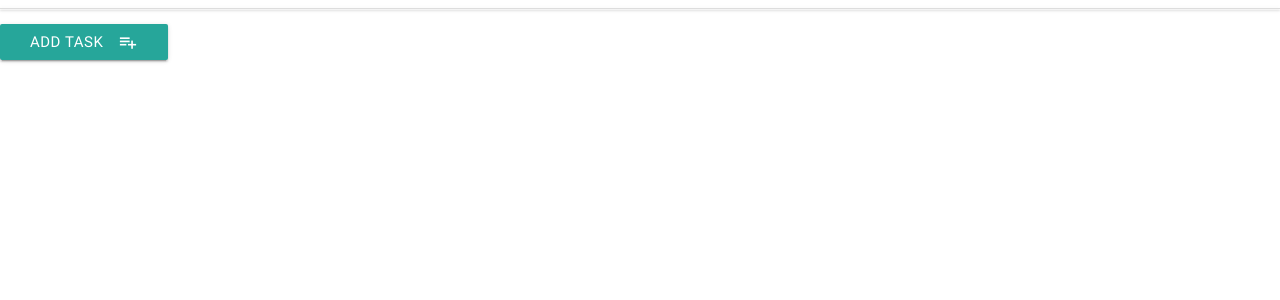
Repository: Robertpokane/task_manager
Page: http://localhost/
The author's editor kept a record of every edit. The page is drawn from the files as they stood at one moment, then again after the next edit.
The browser window is 1280 px wide. The pictures show the whole page.
Some web libraries are served in a nearby version. The page is served by the project's application, run on Flask 3 (app.py). Queries for data that is not in the repository find no rows.

Above is the page before.
Console error: TypeError: Cannot read properties of null (reading 'addEventListener')

After the next edit:
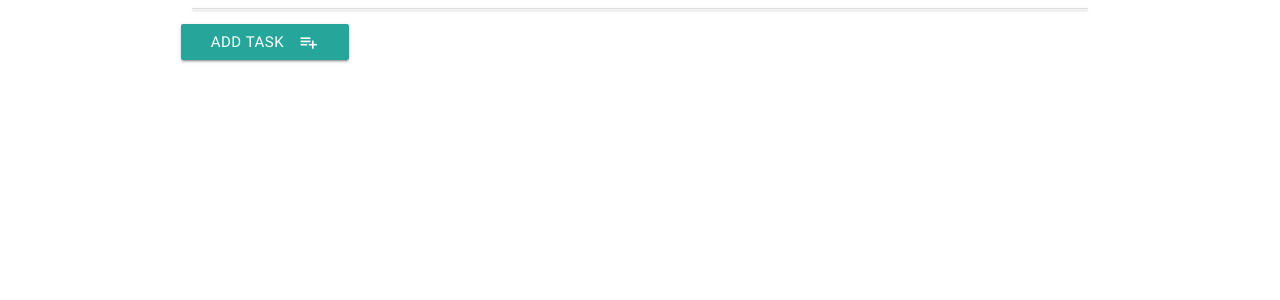
The edit:
--- a/templates/base.html
+++ b/templates/base.html
@@ -8,29 +8,32 @@
 </head>
 
 <body>
-    {% block content %} {% endblock %}
 
-    <script src="https://cdnjs.cloudflare.com/ajax/libs/jquery/3.2.1/jquery.min.js"></script>
-    <script src="https://cdnjs.cloudflare.com/ajax/libs/materialize/0.100.2/js/materialize.min.js"></script>
-    <script type="text/javascript">
-        $(document).ready(function() {
-            $('.collapsible').collapsible();
-            $('select').material_select();
-        });
+    <div class="container">
+        {% block content %} {% endblock %}
+    <div>
 
-        $('.datepicker').pickadate({
-            selectMonths: true, // Creates a dropdown to control month
-            selectYears: 15, // Creates a dropdown of 15 years to control year,
-            today: 'Today',
-            clear: 'Clear',
-            close: 'Ok',
-            closeOnSelect: false // Close upon selecting a date,
-        });
+            <script src="https://cdnjs.cloudflare.com/ajax/libs/jquery/3.2.1/jquery.min.js"></script>
+            <script src="https://cdnjs.cloudflare.com/ajax/libs/materialize/0.100.2/js/materialize.min.js"></script>
+            <script type="text/javascript">
+                $(document).ready(function() {
+                    $('.collapsible').collapsible();
+                    $('select').material_select();
+                });
 
-        document.getElementById("matfix").addEventListener("click", function(e) {
-            e.stopPropagation();
-        });
-    </script>
+                $('.datepicker').pickadate({
+                    selectMonths: true, // Creates a dropdown to control month
+                    selectYears: 15, // Creates a dropdown of 15 years to control year,
+                    today: 'Today',
+                    clear: 'Clear',
+                    close: 'Ok',
+                    closeOnSelect: false // Close upon selecting a date,
+                });
+
+                document.getElementById("matfix").addEventListener("click", function(e) {
+                    e.stopPropagation();
+                });
+            </script>
 </body>
 
 </html>
